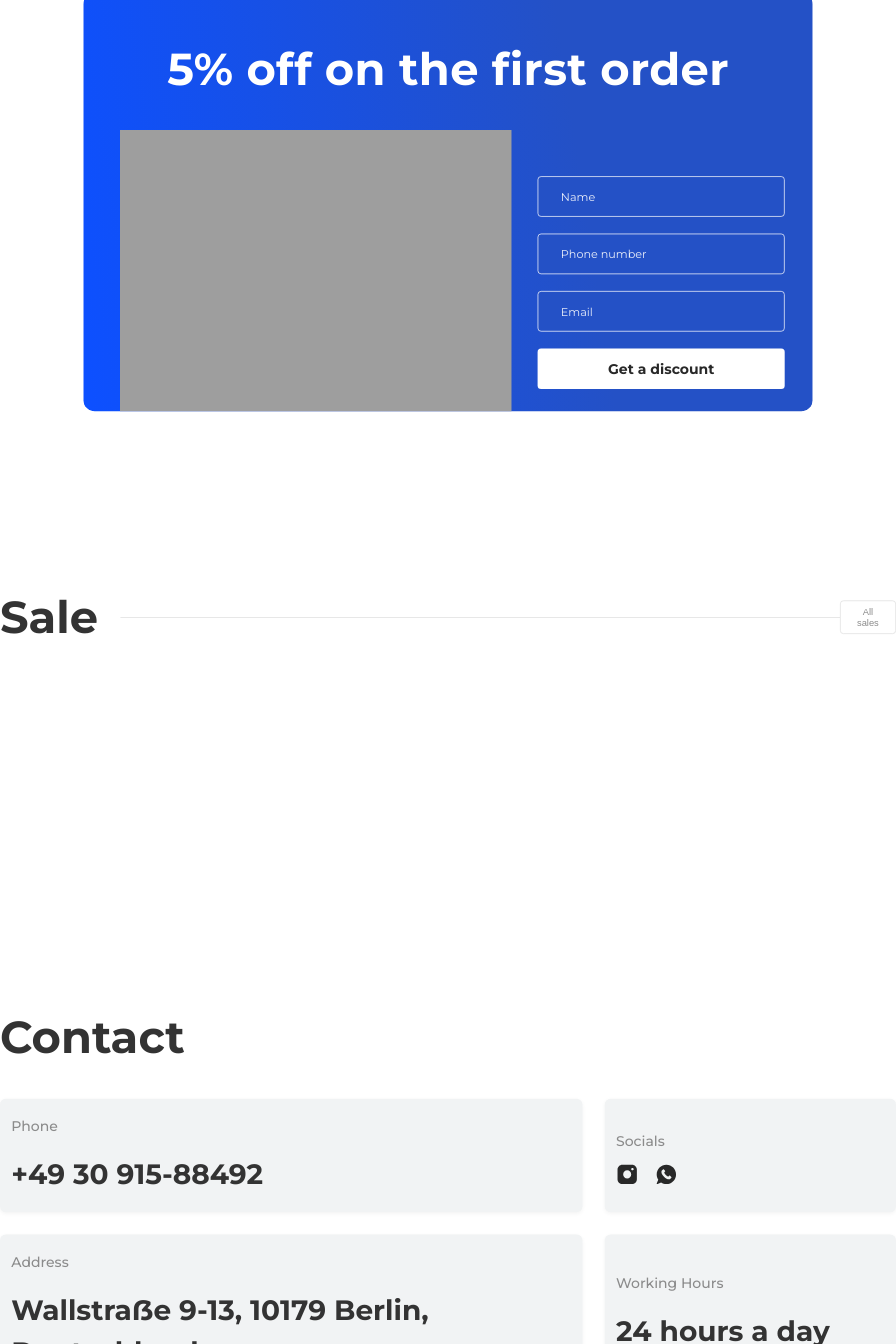
Repository: jursylian/PET-INTERNET-SHOP-PROJECT
Page: /
The author's editor kept a copy of each file at every save. The page is drawn from the files as they stood at one save, then again after the next save.
The browser window is 1280 px wide. The pictures show the part of the page from y = 1544 to 3464 px (the page is 3922 px tall before and 3920 px after), at 70% of full size.
Pictures or frames that could not be fetched are drawn as grey boxes. The page's requests for data from a server got no answer. The project was rebuilt for these pictures with package versions that can differ from the ones it lists, and the page was loaded fresh each time. No one was signed in, and anything a server would have sent is missing. Also part of the build but not shown: vite.config.js, src/pages/CategoriesAll/CategoriesAll.module.css, src/layouts/PageSection/PageSection.module.css, src/layouts/PageSection/PageSection.jsx, src/pages/CategoriesAll/CategoriesAll.jsx, src/redux/productsSelectors.js, src/components/ProductFilter/ProductFilter.module.css, src/components/ProductFilter/ProductFilter.jsx and 22 more.

Above is the page before, as saved 2025-11-06 18:30:55.

After the next save:
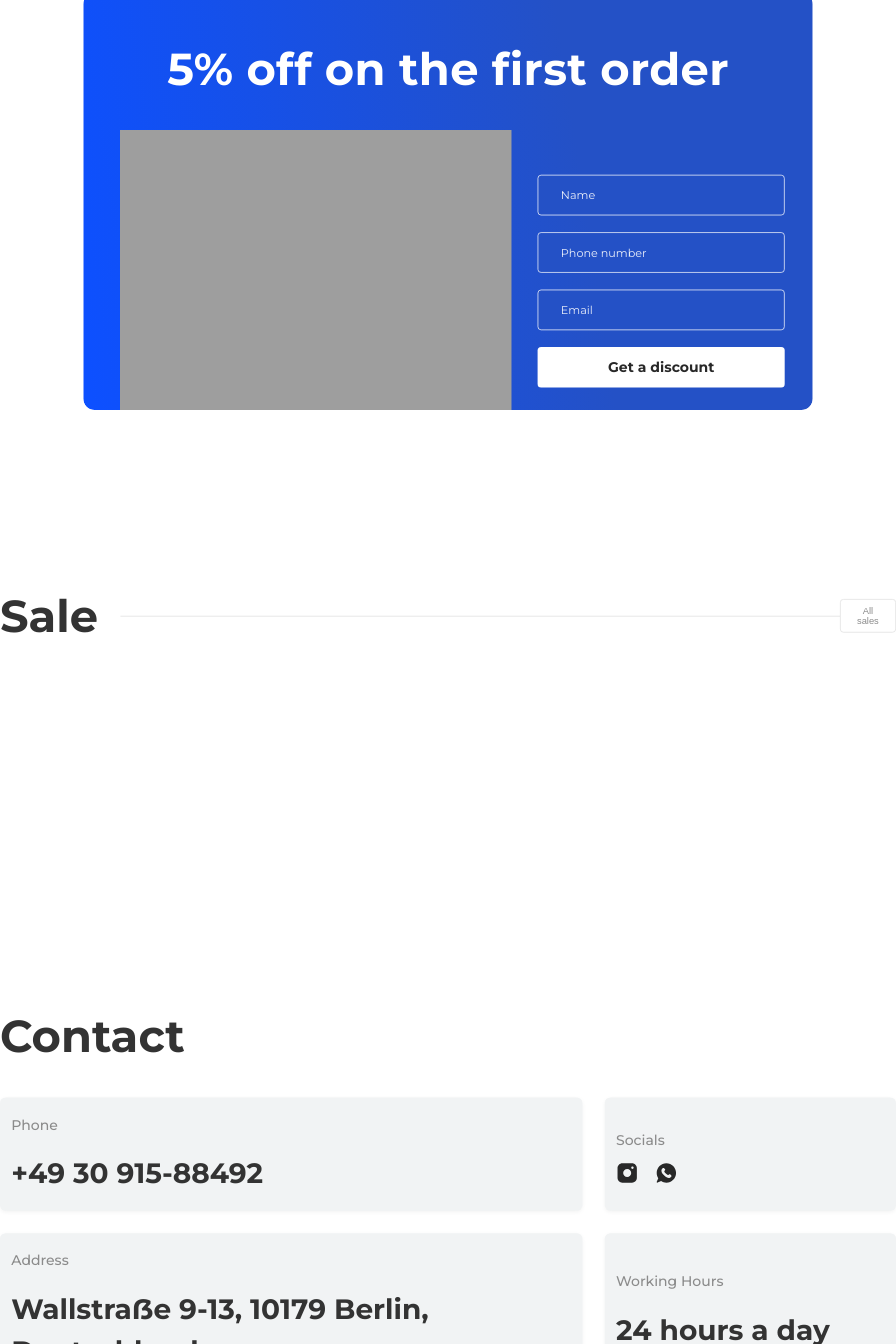
Saved 4 s later.
--- a/src/components/DiscountForm/DiscountForm.module.css
+++ b/src/components/DiscountForm/DiscountForm.module.css
@@ -46,7 +46,7 @@
   max-width: none;
   height: 420px;
   object-fit: contain;
-  margin-bottom: -18px; /* прижимает к низу */
+  margin-bottom: -20px; /* прижимает к низу */
   transform: translateX(-5%); /* чуть сдвигаем влево для визуального баланса */
 }
 
